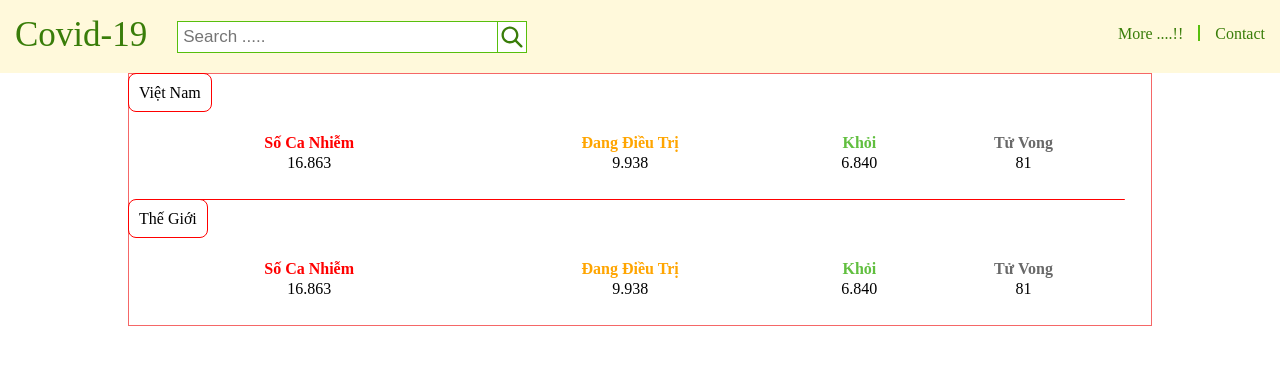
Repository: thuongton98/Covid
Page: html-css-js/index.html
An editor plug-in stored every save of this project. The page is shown before and after the next save, followed by the edit.
The browser window is 1280 px wide. The pictures show the whole page.

Above is the page before, as saved 2021-07-01 10:00:51.

### html-css-js/index.html
<!DOCTYPE html>
<html lang="en">
<head>
    <meta charset="UTF-8">
    <meta http-equiv="X-UA-Compatible" content="IE=edge">
    <meta name="viewport" content="width=device-width, initial-scale=1.0">

    <link rel="stylesheet" href="./styles.css">
    <title>Covid-19</title>
</head>
<body>
    <nav>
        <div class="icon">
            <div class="icon-i">Covid-19</div>
            <div class="icon-search">
                <input type="text" placeholder="Search .....">
                <svg fill="#000000" xmlns="http://www.w3.org/2000/svg"  viewBox="0 0 48 48" width="48px" height="48px"><path d="M 20.5 6 C 12.515556 6 6 12.515562 6 20.5 C 6 28.484438 12.515556 35 20.5 35 C 23.773158 35 26.788919 33.893018 29.220703 32.050781 L 38.585938 41.414062 A 2.0002 2.0002 0 1 0 41.414062 38.585938 L 32.050781 29.220703 C 33.893017 26.788918 35 23.773156 35 20.5 C 35 12.515562 28.484444 6 20.5 6 z M 20.5 10 C 26.322685 10 31 14.677319 31 20.5 C 31 23.295711 29.914065 25.820601 28.148438 27.697266 A 2.0002 2.0002 0 0 0 27.701172 28.144531 C 25.824103 29.912403 23.29771 31 20.5 31 C 14.677315 31 10 26.322681 10 20.5 C 10 14.677319 14.677315 10 20.5 10 z"/></svg>
            </div>

        </div>
        <ul class="nav-i">
            <li>More ....!!</li>
            <li>Contact</li>
        </ul>
    </nav>
    <section class="case">
        <div>
            <span>Việt Nam</span>
            <table>

                <tr>
                    <th>Số Ca Nhiễm</th>
                    <th>Đang Điều Trị</th>
                    <th>Khỏi</th>
                    <th>Tử Vong</th>
                </tr>
                <tr>
                    <td>16.863</td>
                    <td>9.938</td>
                    <td>6.840</td>
                    <td>81</td>
                </tr>

            </table>
           <div class="line"></div>
            <span>Thế Giới</span>
            <table>
                <tr>
                    <th>Số Ca Nhiễm</th>
                    <th>Đang Điều Trị</th>
                    <th>Khỏi</th>
                    <th>Tử Vong</th>
                </tr>
                <tr>
                    <td>16.863</td>
                    <td>9.938</td>
                    <td>6.840</td>
                    <td>81</td>
                </tr>
            </table>
            </table>
        </div>
    </section>
</body>
</html>

### html-css-js/styles.css

*{
    padding: 0;
    margin: 0;
    box-sizing: border-box;
}



nav{
    background-color: #fff9db;
    display: flex;
    justify-content: space-between;
    padding:15px
}


nav .icon{
    display: flex;
}

nav .nav-i{
    display: flex;
}

nav .nav-i li{
    list-style: none;
    padding-right: 15px;
    padding-top:10px;
    color:#397d09;
    cursor: pointer;

}

nav .nav-i li:hover{
    color:#57bf0d;
}

nav .nav-i li:last-child{
    padding-right:0;
}

nav .nav-i li:after{
    content: '';
    border: 1px solid #57bf0d;
    margin-left:15px;
    font-size: 12px;
    position: relative;
    top:-2px;
}

nav .nav-i li:last-child::after{
    display: none;
}

nav .icon .icon-i{
    font-size: 35px;
    color: #397d09;
    cursor: pointer;
}

nav .icon .icon-search{
    margin-left:30px;
    position: relative;
   top:-5px;
}


nav .icon .icon-search input{
   padding: 5px;
   width: 350px;
   outline: none;
   border: none;
   font-size: 17px;
   border:1px solid #57bf0d;


}

nav .icon .icon-search svg{
    fill: #397d09;
    cursor: pointer;
    width: 30px;
    height: 32px;
    position: relative;
    border: 1px solid #57bf0d;
    position: relative;
    left: -34px;
    top:11px;
}

nav .icon .icon-search svg:hover{

    fill:#57bf0d
}

.case{
    padding-left: 10%;
    padding-right: 10%;
}

.case div{
    border: 1px solid #f56767;

}
.case .line{
    border-top: 1px solid red;
    border-bottom: none;
    width: 95%;
    margin: 0 auto;
}
.case div table{
   padding: 25px;
   padding-top:40px;
    width: 100%;
}

.case div table td{
    text-align: center;
}

.case div table th:nth-child(1){
    color: red;
}

.case div table th:nth-child(2){
    color: orange;
}

.case div table th:nth-child(3){
    color: #61bf3f;
}

.case div table th:nth-child(4){
    color: #696969;
}

.case div span{
    border:1px solid red;
    padding:10px;
    position: relative;
    top:10px;
    left:-1px;
    border-radius: 8px;
}

After the next save:
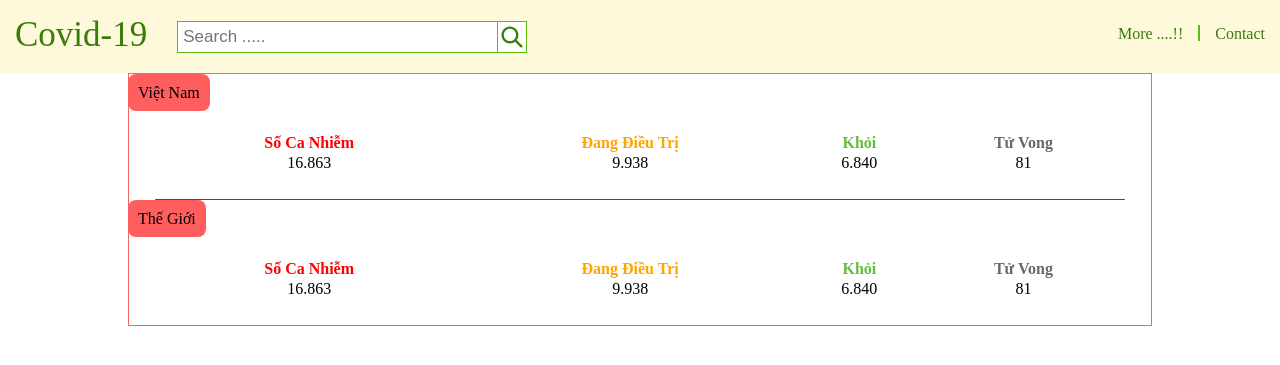
Saved 14 s later.
--- a/html-css-js/styles.css
+++ b/html-css-js/styles.css
@@ -136,7 +136,7 @@ nav .icon .icon-search svg:hover{
 }
 
 .case div span{
-    border:1px solid red;
+    background-color: #ff5e5e;
     padding:10px;
     position: relative;
     top:10px;
